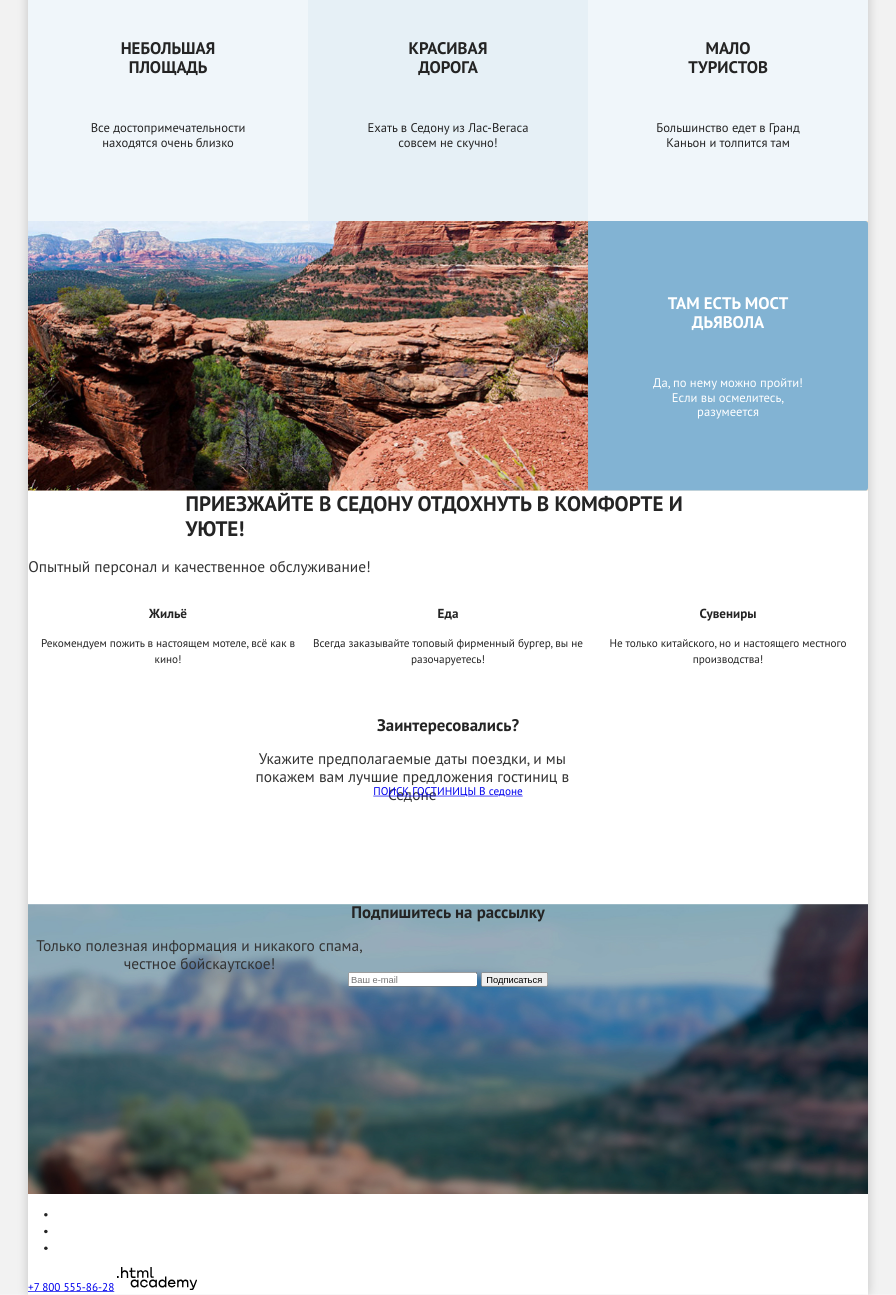
Repository: zakhgagne/2512253-sedona-1
Page: index.html
The author's editor kept a copy of each file at every save. The page is drawn from the files as they stood at one save, then again after the next save.
The browser window is 1280 px wide. The pictures show the part of the page from y = 1264 to 3184 px (the page is 3114 px tall before and 3184 px after), at 70% of full size.

Above is the page before, as saved 2024-05-11 14:11:03.

### index.html
<!DOCTYPE html>
<html lang="ru">

  <head>
    <meta charset="utf-8">
    <title>Сайт города Седона</title>
    <link rel="stylesheet" href="styles/styles.css">
  </head>

  <body>
    <div class="container">
      <header class="header">
        <a class="logo-link" href="#">
          <img class="logo-image" src="./images/logo.svg" alt="Любимая Седона" width="" height="">
        </a>
        <nav class="navigation">
          <ul class="main-menu">
            <li class="menu-item">
              <a href="./index.html" class="menu-link">Главная</a>
            </li>
            <li class="menu-item">
              <a href="#" class="menu-link">О Седоне</a>
            </li>
            <li class="menu-item">
              <a href="./catalog.html" class="menu-link">Гостиницы</a>
            </li>
          </ul>
          <ul class="user-menu">
            <li class="user-menu-item">
              <a href="#" class="user-menu-link">
                <span class="visually-hidden">Поиск</span>
              </a>
            </li>
            <li class="user-menu-item">
              <a href="#" class="user-menu-link">
                <span class="visually-hidden">Избранное</span>
                <span class="like-number">12</span>
              </a>
            </li>
            <li class="user-menu-item">
              <a href="#" class="user-menu-link">Хочу сюда!</a>
            </li>
          </ul>
        </nav>
      </header>
      <main class="main-container">
        <h1 class="visually-hidden">Cайт города Седона</h1>
        <section class="welcome">
          <h2 class="visually-hidden">Приглашение</h2>
          <img src="./images/welcome.svg" class="welcome-image" width="" height="" alt="Welcome">
        </section>

        <section class="city">
          <h2 class="city-title">Седона — небольшой городок в Аризоне, заслуживающий большего!</h2>
          <p class="city-subtitle">Рассмотрим причины, по которым Седона круче, чем Гранд-каньон!</p>

          <ul class="reason-list">
            <li class="reason-item reason-item-special">
              <div class="reason-container">
                <h3 class="reason-title">Настоящий городок</h3>
                <p class="reason-text">Седона — не аттракцион для туристов, там течёт своя жизнь</p>
              </div>
              <img src="./images/photo-1.jpg" class="reason-image" width="" height="">
            </li>
            <li class="reason-item">
              <div class="reason-container">
                <h3 class="reason-title">Небольшая площадь</h3>
                <p class="reason-text">Все достопримечательности находятся очень близко</p>
              </div>
            </li>
            <li class="reason-item">
              <div class="reason-container">
                <h3 class="reason-title">Красивая дорога</h3>
                <p class="reason-text">Ехать в Седону из Лас-Вегаса совсем не скучно!</p>
              </div>
            </li>
            <li class="reason-item">
              <div class="reason-container">
                <h3 class="reason-title">Мало туристов</h3>
                <p class="reason-text">Большинство едет в Гранд Каньон и толпится там</p>
              </div>
            </li>
            <li class="reason-item reason-item-special">
              <img src="./images/photo-2.jpg" class="reason-image" width="" height="">
              <div class="reason-container">
                <h3 class="reason-title">Там есть мост дьявола</h3>
                <p class="reason-text">Да, по нему можно пройти! Если вы осмелитесь, разумеется</p>
              </div>
            </li>
          </ul>
        </section>

        <section class="city-welcome">
          <h2 class="desription">Приезжайте в Седону отдохнуть в комфорте и уюте!</h2>
          <p class="simple-text">Опытный персонал и качественное обслуживание!</p>

          <ul class="comfort-list">
            <li class="comfort-item">
              <h3 class="comfort-title">Жильё</h3>
              <p class="comfort-text">Рекомендуем пожить в настоящем мотеле, всё как в кино!</p>
            </li>
            <li class="comfort-item">
              <h3 class="comfort-title">Еда</h3>
              <p class="comfort-text">Всегда заказывайте топовый фирменный бургер, вы не разочаруетесь!</p>
            </li>
            <li class="comfort-item">
              <h3 class="comfort-title">Сувениры</h3>
              <p class="comfort-text">Не только китайского, но и настоящего местного производства!</p>
            </li>
          </ul>
        </section>

        <section class="interest">
          <h2 class="desription">Заинтересовались?</h2>
          <p class="simple-text">Укажите предполагаемые даты поездки, и мы покажем вам лучшие предложения гостиниц в
            Седоне</p>
          <a href="#" class="button-search-motel">ПОИСК ГОСТИНИЦЫ В седоне</a>
        </section>

      </main>

      <footer>
        <section class="news-letter">
          <h2 class="desription">Подпишитесь на рассылку</h2>
          <p class="simple-text">Только полезная информация и никакого спама, честное бойскаутское!</p>

          <form class="subscribe-form" action="https://echo.htmlacademy.ru/" method="post">
            <input class="field" placeholder="Ваш e-mail" type="email" name="distribution-email" required>
            <button class="subscribe-form-button" type="submit">Подписаться</button>
          </form>
        </section>
        <div class="footer-container">
          <section class="contacts">
            <h2 class="visually-hidden">Контакты</h2>
            <ul class="contact-list">
              <li class="contact-list-item">
                <a href="#" class="contact-list-link">
                  <p class="visually-hidden">Вконтакте</p>
                </a>
              </li>
              <li class="contact-list-item">
                <a href="#" class="contact-list-link">
                  <p class="visually-hidden">Телеграм</p>
                </a>
              </li>
              <li class="contact-list-item">
                <a href="#" class="contact-list-link">
                  <p class="visually-hidden">Ютуб</p>
                </a>
              </li>
            </ul>
            <a class="footer-contacts-address-phone" href="tel:+78005558628">+7 800 555-86-28</a>
            <a class="htmlacademy-link" href="https://htmlacademy.ru/">
              <img src="./images/logo-academy.svg" width="" height="" alt="Академия">
            </a>
          </section>
        </div>
      </footer>
    </div>
  </body>

</html>

### styles/styles.css
@font-face {
  font-family: "PT Sans";
  font-style: normal;
  font-weight: 400;
  src: url("../fonts/ptsans-400.woff2") format("woff2");
  font-display: swap;
}

@font-face {
  font-family: "PT Sans";
  font-style: normal;
  font-weight: 700;
  src: url("../fonts/ptsans-700.woff2") format("woff2");
  font-display: swap;
}


body {
  margin: 0;
  font-family: "PT Sans", "Arial", sans-serif;
  font-size: 16px;
  line-height: 24px;
  color: #242424;
  background-color: #f2f2f2;
}

.visually-hidden {
  display: none;
}

.container {
  width: 1200px;
  margin: 0 auto;
  background-color: #ffffff;
  box-shadow: 0 0 15px rgba(0, 0, 0, 0.2);
}

.header {
  background-color: #ffffff;
  position: relative;
  padding: 0 68px 0 238px;
}

.logo-link {
  position: absolute;
  top: 0;
  left: 70px;
}

.logo-image {}

.navigation {
  display: flex;
  justify-content: space-between;
}

.main-menu {
  padding: 0;
  margin: 0;
  list-style: none;
  display: flex;
  width: 500px;
  flex-wrap: wrap;
}

.menu-item {}

.menu-link {
  font-size: 20px;
  font-weight: 700;
  line-height: 24px;
  color: #000000;
  text-decoration: none;
  display: block;
  padding: 20px 16px;

}

.menu-item:nth-child(1) {
  /* background-color: red; */
}

.menu-item:nth-child(2) {
  /* background-color: blue; */
}

.menu-item:nth-child(3) {
  /* background-color: red; */
}

.user-menu {
  padding: 0;
  margin: 0;
  list-style: none;
  display: flex;
}

.welcome {
  background-color: #aec5d1;
  background-image: url("../images/white-crown.svg"), url("../images/index-background.jpg");
  background-repeat: no-repeat;
  background-position: center bottom, center top;
  background-size: 1200px 57px, cover;
  padding-top: 51px;
  padding-bottom: 82px;
  min-height: 352px;
}

.welcome-image {
  display: block;
  margin: 0 auto;
}

.city {
  text-align: center;
  padding-top: 70px;
}

.city-title {
  padding: 0;
  margin: 0 auto 24px;
  font-size: 30px;
  font-weight: 700;
  line-height: 36px;
  text-transform: uppercase;
  width: 750px;

}

.city-subtitle {
  padding: 0;
  margin: 0 auto 90px;
  font-size: 22px;
  font-weight: 400;
  line-height: 26px;
  width: 750px;
}

.reason-list {
  display: flex;
  justify-content: space-between;
  text-align: center;
  padding: 0;
  margin: 0;
  list-style: none;
  flex-wrap: wrap;
}

.reason-item {
  display: flex;
  background-color: bisque;
}

.reason-container {
  width: 400px;
  padding-top: 103px;
  padding-bottom: 102px;
}

.reason-title {
  margin: 0 auto 61px;
  padding: 0;
  font-size: 24px;
  font-weight: 700;
  line-height: 28px;
  width: 175px;
  text-transform: uppercase;

}

.reason-text {
  padding: 0;
  margin: 0 auto;
  font-size: 18px;
  font-weight: 400;
  line-height: 21px;
  width: 231px;
}

.reason-item:nth-child(2n) {
  background-color: #f0f6fa;
}
.reason-item:nth-child(3n) {
  background-color: #e6f0f6;
}
.reason-item-special .reason-container {
  background-color: #82B3D3;
  border-radius: 0px 4px 4px 0px;
  color: #FFFFFF;

}

.comfort-list {
  display: flex;
  justify-content: space-between;
  text-align: center;
  padding: 0;
  margin: 0;
  list-style: none;
}

.comfort-item {
  width: 400px;
}

.interest {
  text-align: center;
  margin: 54px auto;
  height: 214px;
  width: 592px;
}

.desription {
  padding: 0;
  margin: 0;
}

.footer-container {
  display: flex;
  margin: 0 auto;
}


.news-letter {
  background-image: url("../images/subscribe.jpg");
  background-repeat: no-repeat;
  min-height: 414px;
  text-align: center;

  /*width: 684px;*/
}

.city-welcome .desription {
  padding: 0;
    margin: 0 auto 24px;
    font-size: 30px;
    font-weight: 700;
    line-height: 36px;
    text-transform: uppercase;
    width: 750px;
}

.simple-text {
width: 490px;
  height: 26px;

  /* Texts/Text basic */
  font-family: 'PT Sans';
  font-style: normal;
  font-weight: 400;
  font-size: 22px;
  line-height: 26px;
  /* identical to box height, or 118% */
  text-align: center;

  /* Texts/second */
  color: #333333;
}

After the next save:
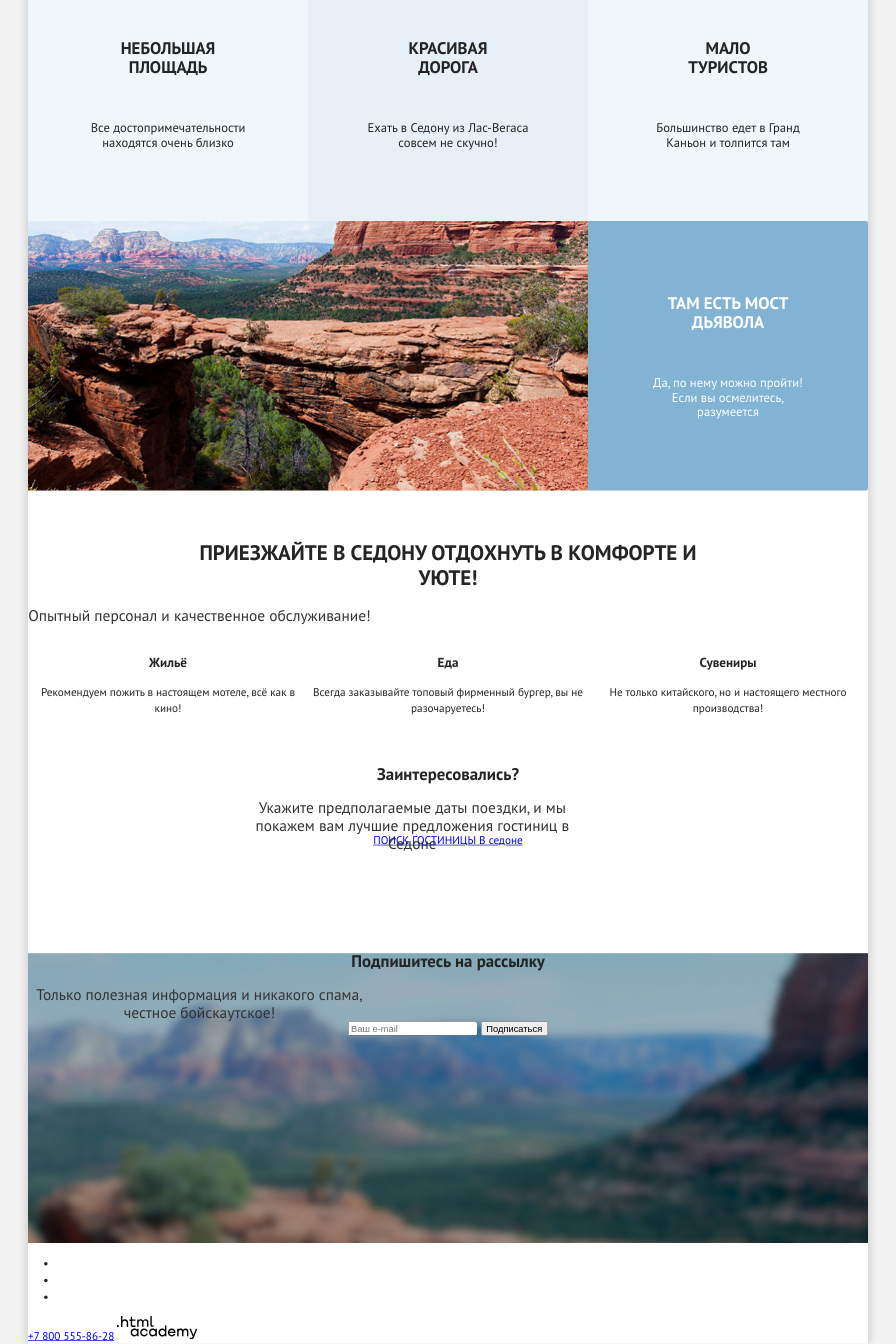
Saved 8 min 55 s later.
--- a/styles/styles.css
+++ b/styles/styles.css
@@ -230,6 +230,10 @@ body {
   /*width: 684px;*/
 }
 
+.city-welcome  {
+  text-align: center;
+  padding-top: 70px;
+}
 .city-welcome .desription {
   padding: 0;
     margin: 0 auto 24px;
@@ -245,8 +249,8 @@ width: 490px;
   height: 26px;
 
   /* Texts/Text basic */
-  font-family: 'PT Sans';
-  font-style: normal;
+
+
   font-weight: 400;
   font-size: 22px;
   line-height: 26px;
